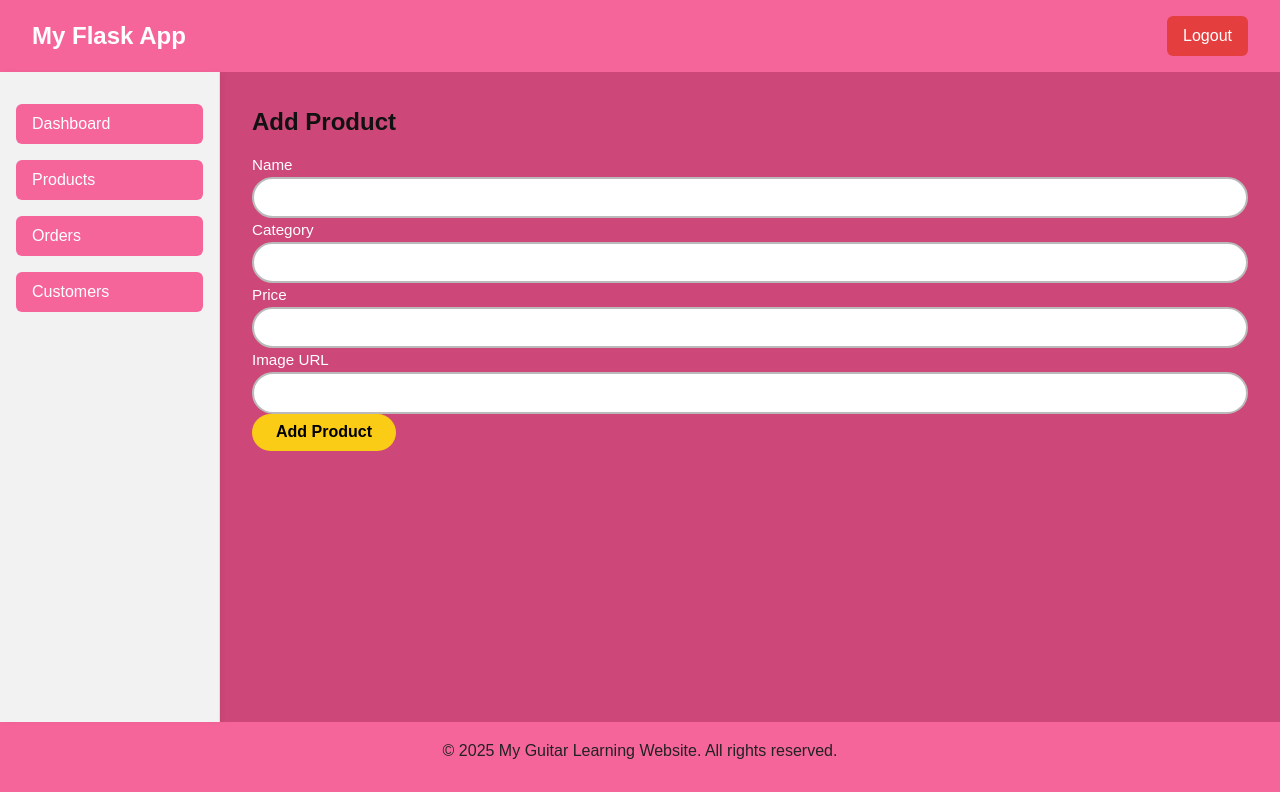
Repository: rywkoo/LearnGuitar
Page: templates/admin/addproduct.html
The author's editor kept a copy of each file at every save. The page is drawn from the files as they stood at one save, then again after the next save.
The browser window is 1280 px wide. The pictures show the whole page.
The page is served by the project's application, run on Flask 3 (app.py). The template is opened directly, without the code that normally fills it, so the values that code supplies are empty.

Above is the page before, as saved 2025-08-25 19:55:20.

After the next save:
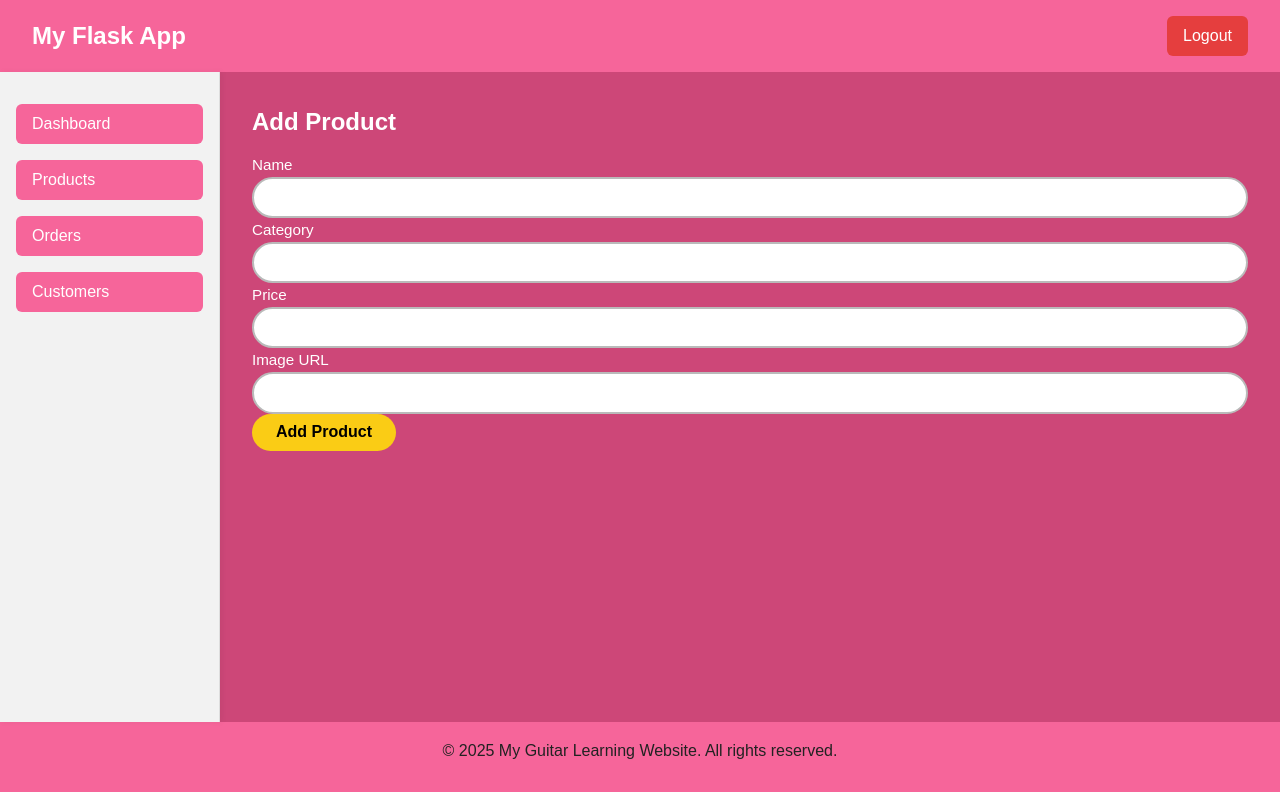
Saved 13 s later.
--- a/templates/admin/addproduct.html
+++ b/templates/admin/addproduct.html
@@ -3,8 +3,8 @@
 {% block main_content %}
 
 
-<div style="color: white;" class="container mt-4">
-    <h2>Add Product</h2>
+<div  class="container mt-4">
+    <h2 style="color: white;">Add Product</h2>
     <form method="POST">
         <div class="mb-3">
             <label style="color: white;">Name</label>
@@ -19,7 +19,7 @@
             <input class="input" type="number" name="price" class="form-control" required>
         </div>
         <div class="mb-3">
-            <label style="color: white;" >Image URL</label>
+            <label style="color: white;">Image URL</label>
             <input class="input" type="text" name="image" class="form-control" required>
         </div>
         <button class="btn btn-primary" type="submit">Add Product</button>
